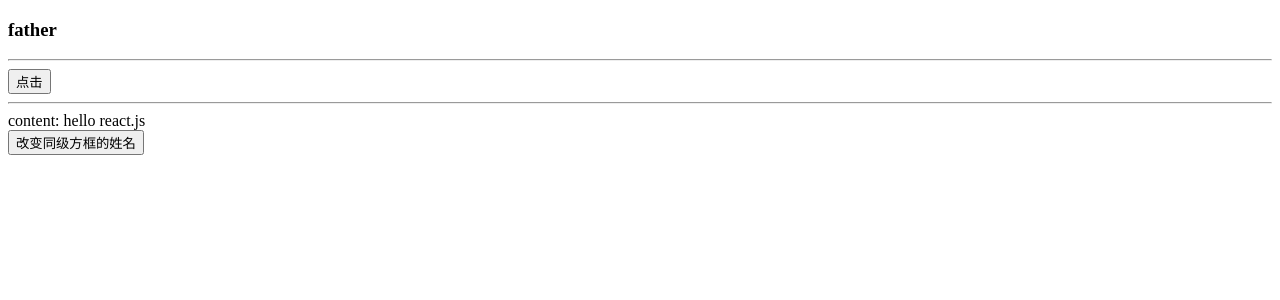
Repository: WanYouwen/react_study_code
Page: day02/03-父子组件通信/04-非父子组件通信-ref.html
These files come from the project's save history. The page is drawn as it stood at one moment and after the next save; the edit follows.
The browser window is 1280 px wide. The pictures show the whole page.

Above is the page before, as saved 2020-08-12 15:53:12.

After the next save:
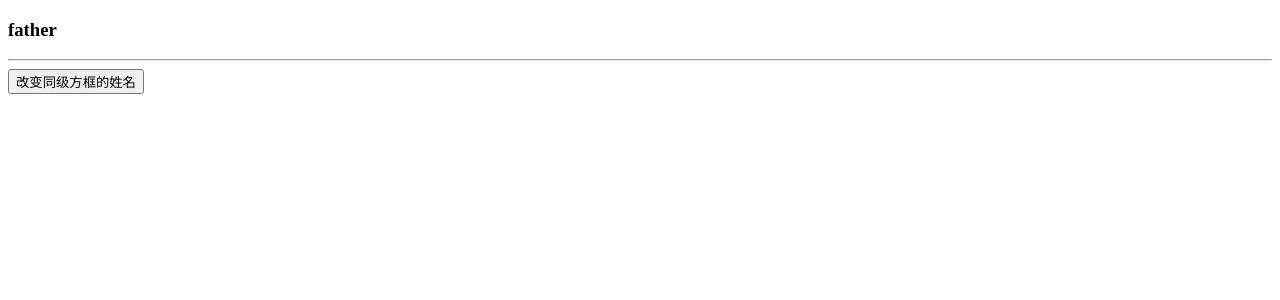
Saved 5 min 21 s later.
--- a/day02/03-父子组件通信/04-非父子组件通信-ref.html
+++ b/day02/03-父子组件通信/04-非父子组件通信-ref.html
@@ -51,58 +51,78 @@
       change() {
         this.content.contentChange();
       },
+      ChangeName() {},
       render() {
         return (
           <div>
             <h3>father</h3>
             <hr />
-            <Button ref="btn" change={this.change} />
+
+            {/**
+               <Button ref="btn" change={this.change} />
             <hr />
             <Content
               ref={(el) => {
                 this.content = el;
               }}
             />
-            <ChangeBtn />
+              */}
+
+            <ChangeBtn change={this.ChangeName} />
           </div>
         );
       },
     });
 
-    var Button = React.createClass({
+    // var Button = React.createClass({
+    //   render() {
+    //     return (
+    //       <div>
+    //         <button onClick={this.props.change}>点击</button>
+    //       </div>
+    //     );
+    //   },
+    // });
+    let ChangeBtn = React.createClass({
       render() {
         return (
           <div>
-            <button onClick={this.props.change}>点击</button>
+            <button onClick={this.props.ChangeName}>改变同级方框的姓名</button>
           </div>
         );
       },
     });
-    let ChangeBtn = React.createClass({
+    let VarContent = React.createClass({
+      getInitialState() {
+        return {
+          msg: 'heool word!',
+        };
+      },
+      nameChange() {
+        this.setState({
+          msg: 'heool joy!',
+        });
+      },
       render() {
-        return (
-          <div>
-            <button>改变同级方框的姓名</button>
-          </div>
-        );
+        return <div>姓名：{this.state.msg}</div>;
       },
     });
 
-    var Content = React.createClass({
-      getInitialState() {
-        return {
-          msg: 'hello react.js',
-        };
-      },
-      contentChange() {
-        this.setState({
-          msg: 'hello Yyb',
-        });
-      },
-      render() {
-        return <div>content: {this.state.msg}</div>;
-      },
-    });
+    // var Content = React.createClass({
+    //   getInitialState() {
+    //     return {
+    //       msg: 'hello react.js',
+    //     };
+    //   },
+    //   contentChange() {
+    //     this.setState({
+    //       msg: 'hello Yyb',
+    //     });
+    //   },
+    //   render() {
+    //     return <div>content: {this.state.msg}</div>;
+    //   },
+    // });
 
     ReactDOM.render(<Father />, app);
   </script>
